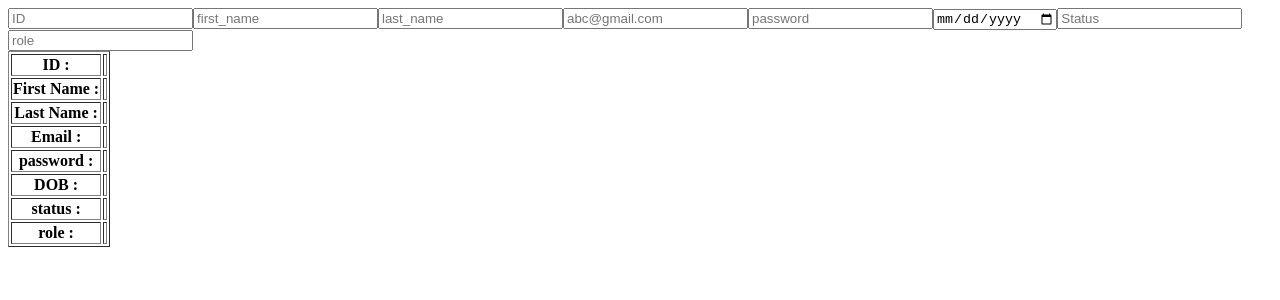
Repository: KD3-86718-yagywalky/Advance-java
Page: Assignment02/secondapp/src/main/webapp/newuser.html
An editor plug-in stored every save of this project. The page is shown before and after the next save, followed by the edit.
The browser window is 1280 px wide. The pictures show the whole page.

Above is the page before, as saved 2024-12-03 14:06:05.

### Assignment02/secondapp/src/main/webapp/newuser.html
<!DOCTYPE html>
<html>
<head>
<meta charset="ISO-8859-1">
<link rel="stylesheet" href="index.css">
<title>New User</title>
</head>
<body>

	<table border="1">
	<tr> <th>ID :</th> <input type="number" placeholder="ID" /> <th></th></tr>
	<tr> <th>First Name :</th> <input type="text" placeholder="first_name" /> <th></th></tr>
	<tr> <th>Last Name :</th> <input type="text" placeholder="last_name" /> <th></th></tr>
	<tr> <th>Email   :</th> <input type="email" placeholder="abc@gmail.com" /> <th></th></tr>
	<tr> <th> password  :</th> <input type="text" placeholder="password" /> <th></th></tr>
	<tr> <th> DOB   :</th> <input type="Date" placeholder="date" /> <th></th></tr>
	<tr> <th> status   :</th> <input type="number" placeholder="Status" /> <th></th></tr>
	<tr> <th> role    :</th> <input type="text" placeholder="role" /> <th></th></tr>

	</table>

</body>
</html>

### Assignment02/secondapp/src/main/webapp/index.css
@charset "ISO-8859-1";

h1 {
	background-color: black;
	color: white;
	border: solid;
	margin: 50px;
}

div {
	border: thick;
	border-color: #004080;
	height: 300px;
	width: 300px;

}

After the next save:
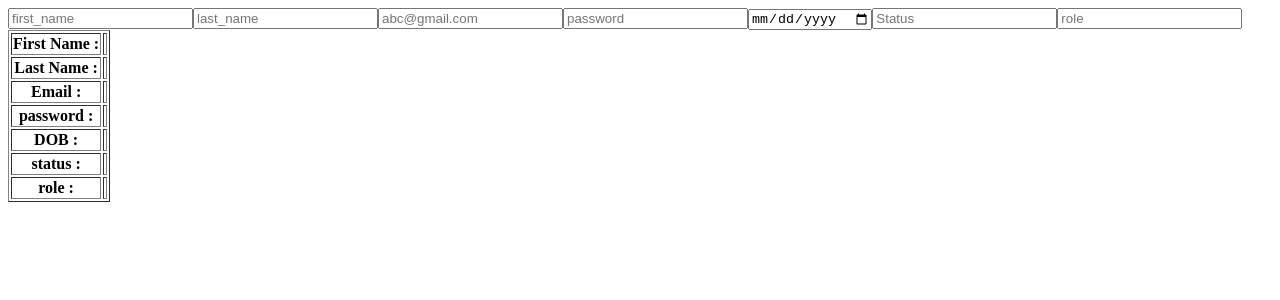
Saved 2 min 41 s later.
--- a/Assignment02/secondapp/src/main/webapp/newuser.html
+++ b/Assignment02/secondapp/src/main/webapp/newuser.html
@@ -6,9 +6,8 @@
 <title>New User</title>
 </head>
 <body>
-
+	<form action="registrationcandidate">
 	<table border="1">
-	<tr> <th>ID :</th> <input type="number" placeholder="ID" /> <th></th></tr>
 	<tr> <th>First Name :</th> <input type="text" placeholder="first_name" /> <th></th></tr>
 	<tr> <th>Last Name :</th> <input type="text" placeholder="last_name" /> <th></th></tr>
 	<tr> <th>Email   :</th> <input type="email" placeholder="abc@gmail.com" /> <th></th></tr>
@@ -19,5 +18,8 @@
 
 	</table>
 
+	<a ></a>
+	</form>
+
 </body>
 </html>
